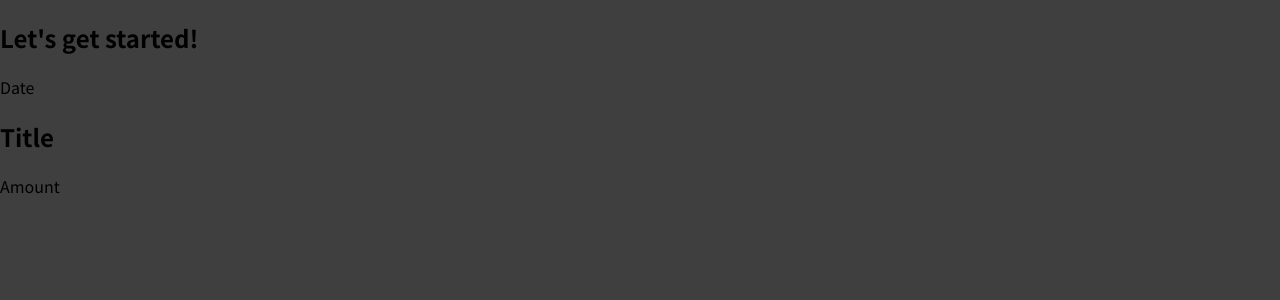
Repository: otvertka/MSC
Page: /
The author's editor kept a copy of each file at every save. The page is drawn from the files as they stood at one save, then again after the next save.
The browser window is 1280 px wide. The pictures show the whole page.
The project was rebuilt for these pictures with package versions that can differ from the ones it lists, and the page was loaded fresh each time.

Above is the page before, as saved 2023-06-17 12:20:38.

### src/components/ExpenseItem.js
function ExpenseItem() {
  return (
    //
    <div>
      <div> Date</div>
      <div>
        <h2>Title</h2>
        <div>Amount</div>
      </div>
    </div>
  );
}

export default ExpenseItem;

Loaded but not shown: public/index.html (common file); src/index.js (common file); src/index.css (common file); src/App.js (common file)

After the next save:
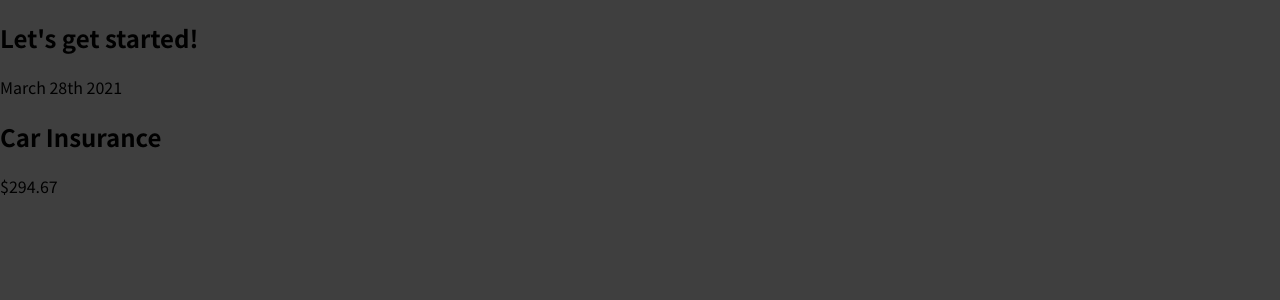
Saved 115 s later.
--- a/src/components/ExpenseItem.js
+++ b/src/components/ExpenseItem.js
@@ -2,10 +2,10 @@ function ExpenseItem() {
   return (
     //
     <div>
-      <div> Date</div>
+      <div>March 28th 2021</div>
       <div>
-        <h2>Title</h2>
-        <div>Amount</div>
+        <h2>Car Insurance</h2>
+        <div>$294.67</div>
       </div>
     </div>
   );
